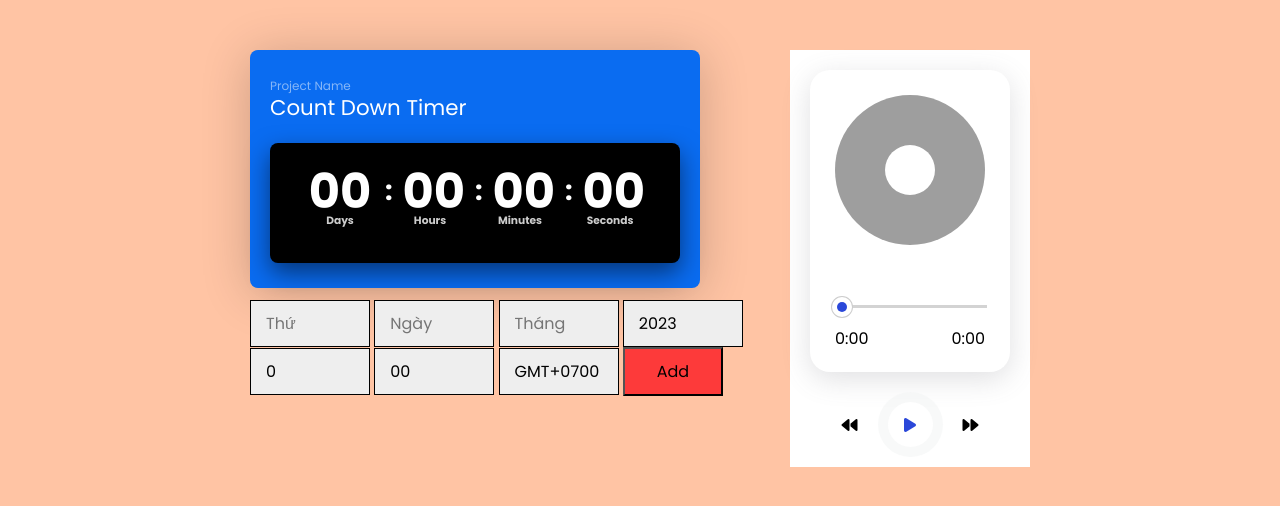
Repository: thuanpham00/CountDownTimer
Page: index.html
These files come from the project's save history. The page is drawn as it stood at one moment and after a run of saves; the edit follows.
The browser window is 1280 px wide. The pictures show the whole page.
Pictures or frames that could not be fetched are drawn as grey boxes. Some web libraries are served in a nearby version. The style sheet was rebuilt from its Sass, Less or Tailwind sources for each picture, by a compiler version that may differ from the author's.

Above is the page before, as saved 2023-09-27 15:38:25.

After the next 2 saves:
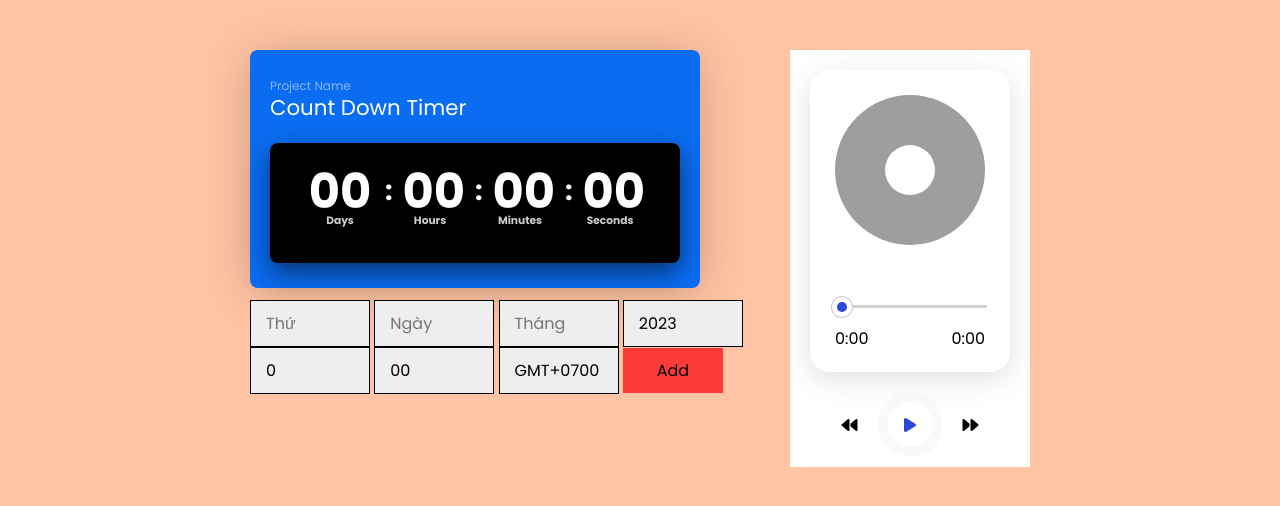
The 2 saves are shown as one change because they came seconds apart.
The last was saved 9 s later.
--- a/scss/main.scss
+++ b/scss/main.scss
@@ -397,5 +397,7 @@ body {
         width: 100px;
         padding: 10px 15px;
         background: #fd3a3a;
-    }
-}
+        border: none;
+
+    }
+}
